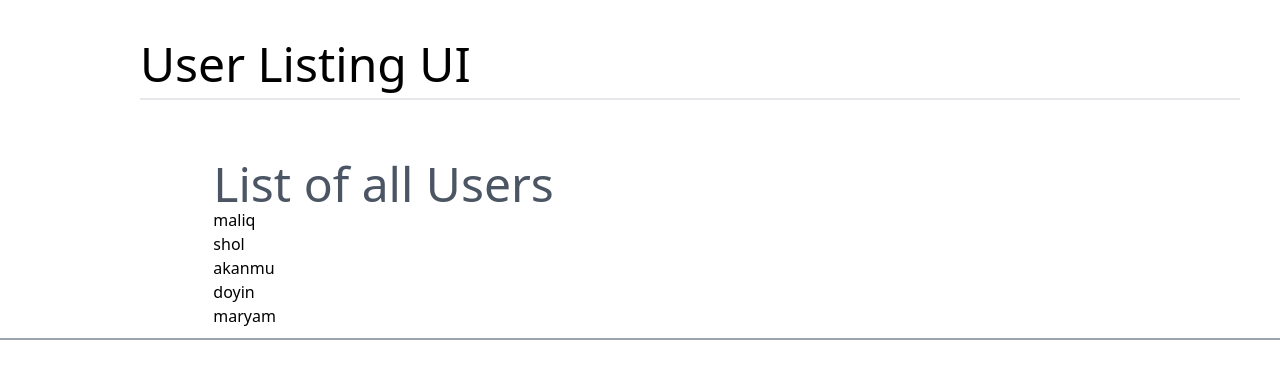
Repository: Marlstergo/listings
Page: / (app in client/)
These files come from the project's save history. The page is drawn as it stood at one moment and after the next save; the edit follows.
The browser window is 1280 px wide. The pictures show the whole page.
The project was rebuilt for these pictures with package versions that can differ from the ones it lists, and the page was loaded fresh each time. Also part of the build but not shown: client/craco.config.js, client/src/components/Loader.js, client/src/components/Order.js, client/src/components/Modal.js. Imported but missing from the stored project, and not drawn on this page: client/src/components/Base, client/src/components/Toppings.

Above is the page before, as saved 2021-07-20 21:58:28.

### client/src/index.js
/* eslint-disable no-unused-vars */
import React from "react";
import ReactDOM from "react-dom";
import "./index.css";
import App from "./App";
import reportWebVitals from "./reportWebVitals";
import { BrowserRouter } from "react-router-dom";
import { Provider } from "react-redux";
import { store } from "./redux/store";
import { PersistGate } from "redux-persist/integration/react";
import { persistor } from "./redux/store";

ReactDOM.render(
  <React.StrictMode>
    <Provider store={store}>
      <BrowserRouter>
        <PersistGate persistor={persistor}>
          <App />
        </PersistGate>
      </BrowserRouter>
    </Provider>
  </React.StrictMode>,
  document.getElementById("root")
);

// If you want to start measuring performance in your app, pass a function
// to log results (for example: reportWebVitals(console.log))
// or send to an analytics endpoint. Learn more: https://bit.ly/CRA-vitals
reportWebVitals();

### client/src/App.js
import React, { useState } from 'react';
import { Route, Switch, useLocation } from "react-router-dom";
import Header from './components/Header';
import Home from './components/Home';
import Base from './components/Base';
import Toppings from './components/Toppings';
import Order from './components/Order';
import Modal from './components/Modal';
import { AnimatePresence } from 'framer-motion';

function App() {
  const location = useLocation();
  const showModal = true;

  return (
    <>
      <Header />
      {/* <Modal showModal={showModal} /> */}
      <AnimatePresence exitBeforeEnter>
        <Switch location={location} key={location.key}>
          <Route path="/">
            <Home />
          </Route>
          <Route path="/createUpdateUser">
            <Toppings />
          </Route>
          <Route path="/order">
            <Order />
          </Route>
          <Route path="/">
            <Home />
          </Route>
        </Switch>
      </AnimatePresence>

    </>
  );
}

export default App;

### client/src/redux/store.js
import { createStore, applyMiddleware } from "redux";
import { logger } from 'redux-logger';
import {persistStore} from 'redux-persist';
// import thunk from 'redux-thunk'
import createSagaMiddleware from 'redux-saga'

import rootSaga from './root-sagas'

import rootReducer from './root-reducer';

const sagaMiddleware = createSagaMiddleware()

const middleware = [sagaMiddleware];

if( process.env.NODE_ENV === 'development'){
    middleware.push(logger)
}

export const store = createStore(rootReducer, applyMiddleware(...middleware))

sagaMiddleware.run(rootSaga)

export const persistor = persistStore(store)

export default (store, persistor);

### client/src/components/Header.js
import React from 'react';
import { motion } from 'framer-motion';

const svgVariants = {
  hidden: { rotate: -180 },
  visible: {
    rotate: 0,
    transition: { duration : 1 }
  },
}

const pathVariants = {
  hidden: {
    opacity: 0,
    pathLength: 0,
  },
  visible: {
    opacity: 1,
    pathLength: 1,
    transition: {
      duration: 2,
      ease: "easeInOut",
    }
  }
};


const Header = () => {
  return (
    <header className='flex p-[40px]  items-center'>
      <motion.div className="logo"
        drag
        dragConstraints={{ left: 0, top: 0, right: 0, bottom: 0 }}
        dragElastic={0.7}
      >
        <motion.svg className="w-[80px] overflow-visible" xmlns="http://www.w3.org/2000/svg" viewBox="0 0 100 100"
          variants={svgVariants}
          initial="hidden"
          animate="visible"
        >
          <motion.path
            fill="none"
            d="M40 40 L80 40 C80 40 80 80 40 80 C40 80 0 80 0 40 C0 40 0 0 40 0Z"
            variants={pathVariants}
          />
          <motion.path
            fill="none"
            d="M50 30 L50 -10 C50 -10 90 -10 90 30 Z"
            variants={pathVariants}
          />
        </motion.svg>
      </motion.div>
      <motion.div className=" flex-grow ml-[20px] text-xs"
        initial={{ y: -250}}
        animate={{ y: -10 }}
        transition={{ delay: 0.2, type: 'spring', stiffness: 120 }}
      >
        <h1 className="border-b-2 pb-[10px] text-5xl">User Listing UI</h1>
      </motion.div>
    </header>
  )
}

export default Header;

### client/src/components/Home.js
import React from "react";
import { Link } from "react-router-dom";
import { motion } from "framer-motion";
import Loader from "./Loader";

const buttonVariants = {
  hover: {
    scale: 1.1,
    textShadow: "0px 0px 8px rgb(255,255,255)",
    boxShadow: "0px 0px 8px rgb(255,255,255)",
    transition: {
      duration: 0.3,
      yoyo: 5,
    },
  },
};

const containerVariants = {
  hidden: {
    opacity: 0,
  },
  visible: {
    opacity: 1,
    transition: { delay: 1.5, duration: 1.5 },
  },
  exit: {
    x: "-100vh",
    transition: { ease: "easeInOut" },
  },
};
const users = ["maliq", "shol", "akanmu", "doyin", "maryam"];
const Home = () => {
  return (
    <motion.div
      className="  pb-[10px] mb-[10px] border-b-2 border-gray-400 flex flex-col items-center"
      variants={containerVariants}
      initial="hidden"
      animate="visible"
      exit="exit"
    >
      <div className="w-2/3 ">
        <h2 className="text-5xl text-gray-600">List of all Users</h2>
        <ul>
          {users.map(
            (user) => (
              <li>{user}</li>
            )
          )}

        </ul>
        {/* <table className="min-w-full divide-y divide-gray-200">
          <thead>
            <tr>
              <th className="px-6 py-3 bg-gray-50 text-left text-xs font-medium text-gray-500 uppercase tracking-wider">
                Transaction
              </th>
              <th className="px-6 py-3 bg-gray-50 text-right text-xs font-medium text-gray-500 uppercase tracking-wider">
                Amount
              </th>
              <th className="hidden px-6 py-3 bg-gray-50 text-left text-xs font-medium text-gray-500 uppercase tracking-wider md:block">
                Status
              </th>
              <th className="px-6 py-3 bg-gray-50 text-right text-xs font-medium text-gray-500 uppercase tracking-wider">
                Date
              </th>
            </tr>
          </thead>
        </table> */}
      </div>
    </motion.div>
  );
};

export default Home;

### client/src/redux/root-sagas.js
import {all, call} from 'redux-saga/effects'
import {userSagas} from './user/user.sagas'


export default function* rootSaga(){
    yield all([
        call(userSagas),
    ])
}

### client/src/redux/root-reducer.js
import {combineReducers} from 'redux'
import userReducer from './user/user.reducer'
// import cartReducer from './cart/cart.reducer'
import {persistReducer} from 'redux-persist'
import storage from 'redux-persist/lib/storage'
// import directoryReducer from './directory/directory.reducer'
// import shopReducer from './shop/shop.reducer'

const persistConfig ={
    key: 'root',
    storage,
    whitelist: ['' ]
}
const rootReducer = combineReducers({
    user: userReducer,

})
export default persistReducer(persistConfig, rootReducer)

### client/src/redux/user/user.sagas.js
import { all, call, put, takeLatest } from "redux-saga/effects";

import UserActionTypes from "./user.types";
import { loadUserDetail } from "./user.action";
// import axios from "axios";
// import { getUserDetailsURL } from "../../components/stringConstants";

export function* getDetails() {
  yield console.log("i fired");

  // try {
  //   console.log("inside try");

  //   const res = yield axios.get(getUserDetailsURL);
  //   const data = yield res.data;
  //   console.log(res);
  //   yield put(loadUserDetail(data ? data.data[0] : {}));
  // } catch (err) {
  //   console.log(err.response);
  //   if (err.response && err.response.statusText === "Not Found") {
  //     // console.log("");
  //     window.location.href = "/profile/settings?newUser=0837";
  //   }
  // }
}

export function* getUserDetails() {
  yield takeLatest(UserActionTypes.GET_USER_DETAIL, getDetails);
}
// export function* loadUserDetails(){
//     yield takeLatest(UserActionTypes.LOAD_USER_DETAIL, loadDetails)
// }

export function* userSagas() {
  yield all([call(getUserDetails)]);
}

### client/src/redux/user/user.reducer.js
import UserActionTypes from "./user.types";
const INITIAL_STATE = {
  // currentUser: null,
  userDetail: {},
  demo: 'i am demo',
  location: null

};
const userReducer = (state = INITIAL_STATE, action) => {
  switch (action.type) {

    case UserActionTypes.LOAD_USER_DETAIL:
      return {
        ...state,
        userDetail: action.payload,
      };

    case UserActionTypes.COLLECT_GEOLOCATION:
      return {
        ...state,
        location: action.payload
      }
    default:
      return state;
  }
};

export default userReducer;

### client/src/redux/user/user.types.js
const UserActionTypes ={
    GOOGLE_SIGN_IN_START : 'GOOGLE_SIGN_IN_START',
    SIGN_IN_SUCCESS : 'SIGN_IN_SUCCESS',
    SIGN_IN_FAILURE : 'SIGN_IN_FAILURE',
    GET_USER_DETAIL: 'GET_USER_DETAIL',
    LOAD_USER_DETAIL: 'LOAD_USER_DETAIL',
    COLLECT_GEOLOCATION: 'COLLECT_GEOLOCATION',
    FETCH_GEOLOCATION: 'FETCH_GEOLOCATION'
}
export default UserActionTypes;

### client/src/redux/user/user.action.js
import UserActionTypes from './user.types'



// export const googleSignInStart = () => ({
//     type: UserActionTypes.GOOGLE_SIGN_IN_START
// })

// export const signInSuccess = (user) => ({
//     type: UserActionTypes.SIGN_IN_SUCCESS,
//     payload: user
// })

export const getUserDetail = () => ({
    type: UserActionTypes.GET_USER_DETAIL,

})
export const loadUserDetail = (details) => ({
    type: UserActionTypes.LOAD_USER_DETAIL,
    payload: details
})

export const fetchGeoloction = () => ({
    type: UserActionTypes.FETCH_GEOLOCATION
})
export const collectGeolocation = (location) => ({
    type: UserActionTypes.COLLECT_GEOLOCATION,
    payload: location
})
// })

### client/tailwind.config.js
  // tailwind.config.js
  module.exports = {
    mode:'jit',
    purge: ['./src/**/*.{js,jsx,ts,tsx}', './public/index.html'],
     darkMode: false, // or 'media' or 'class'
     theme: {
       extend: {},
     },
     variants: {
       extend: {},
     },
     plugins: [],
   }

Loaded but not shown: client/public/index.html (common file); client/src/index.css (common file); client/src/reportWebVitals.js (common file)

After the next save:
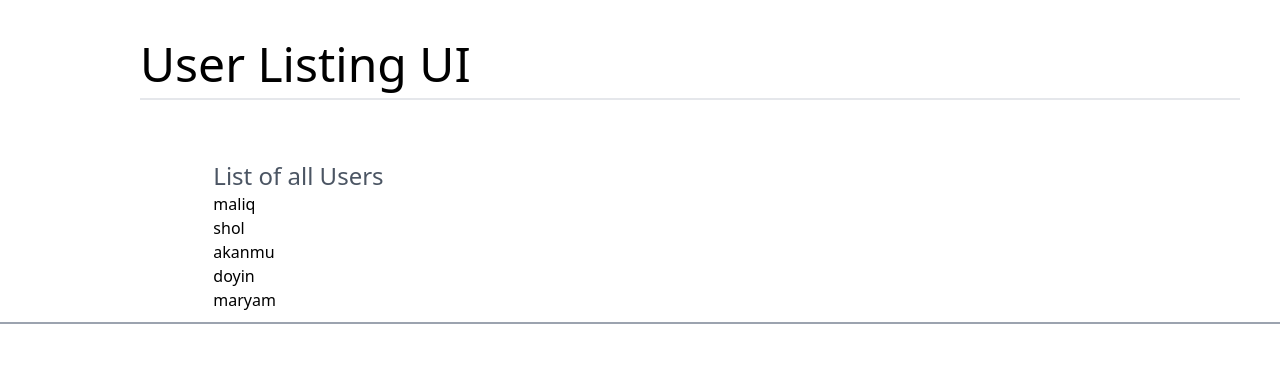
Saved 4 s later.
--- a/client/src/components/Home.js
+++ b/client/src/components/Home.js
@@ -39,7 +39,7 @@ const Home = () => {
       exit="exit"
     >
       <div className="w-2/3 ">
-        <h2 className="text-5xl text-gray-600">List of all Users</h2>
+        <h2 className="text-2xl text-gray-600">List of all Users</h2>
         <ul>
           {users.map(
             (user) => (
